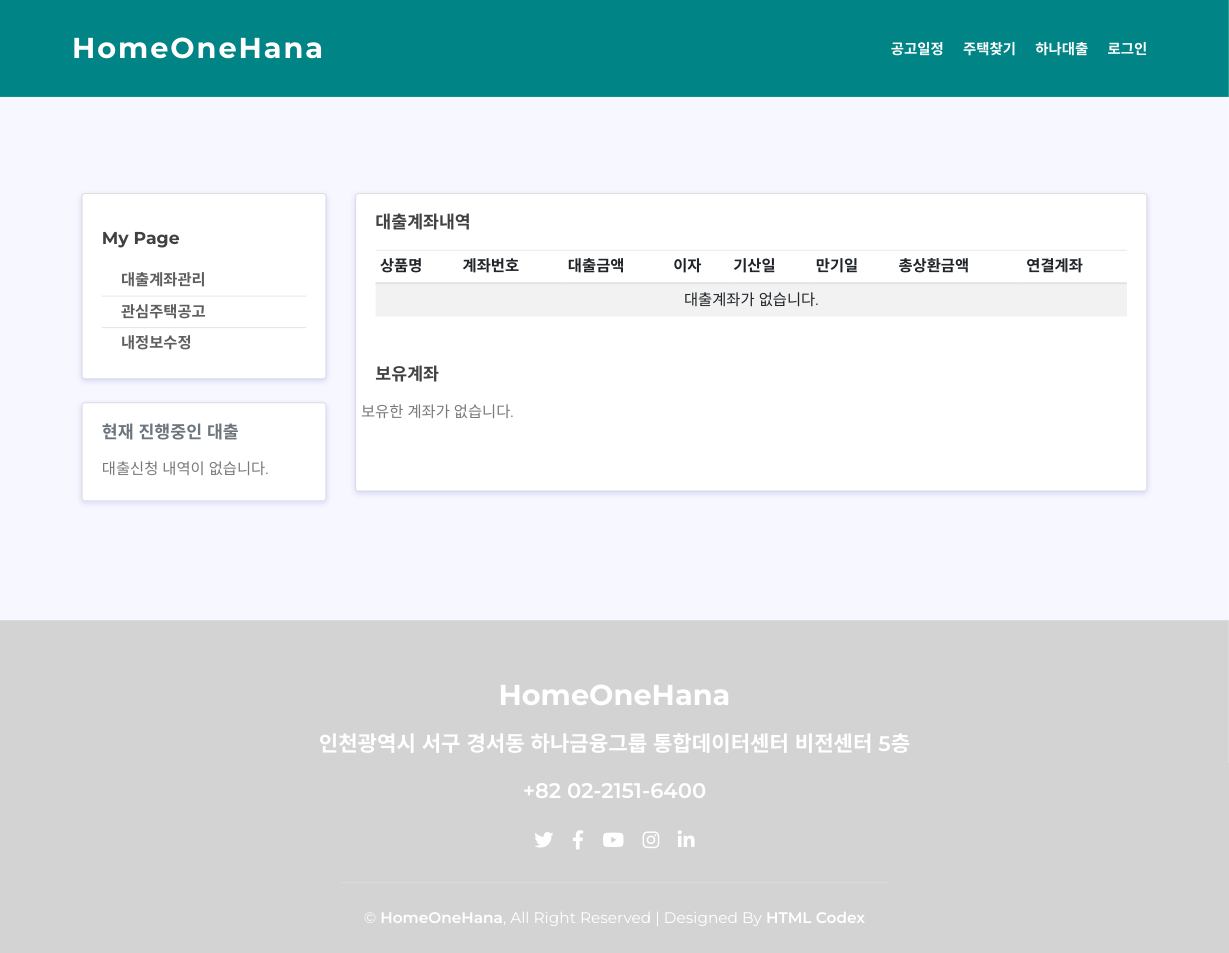
Repository: koposoftware/2021_10_syyoon
Page: http://localhost/HomeOneHana/WEB-INF/jsp/mypage/mypage.jsp
These files come from the project's save history. The page is drawn as it stood at one moment and after the next save; the edit follows.
The browser window is 1280 px wide. The pictures show the whole page, at 96% of full size.
Some icons come from a web library that is not loaded, so they are not drawn. Some web libraries are served in a nearby version. The page is served by Tomcat 9. Nobody is signed in. The template is opened directly, without the code that normally fills it, so the values that code supplies are empty.

Above is the page before, as saved 2021-09-25 12:54:46.

After the next save:
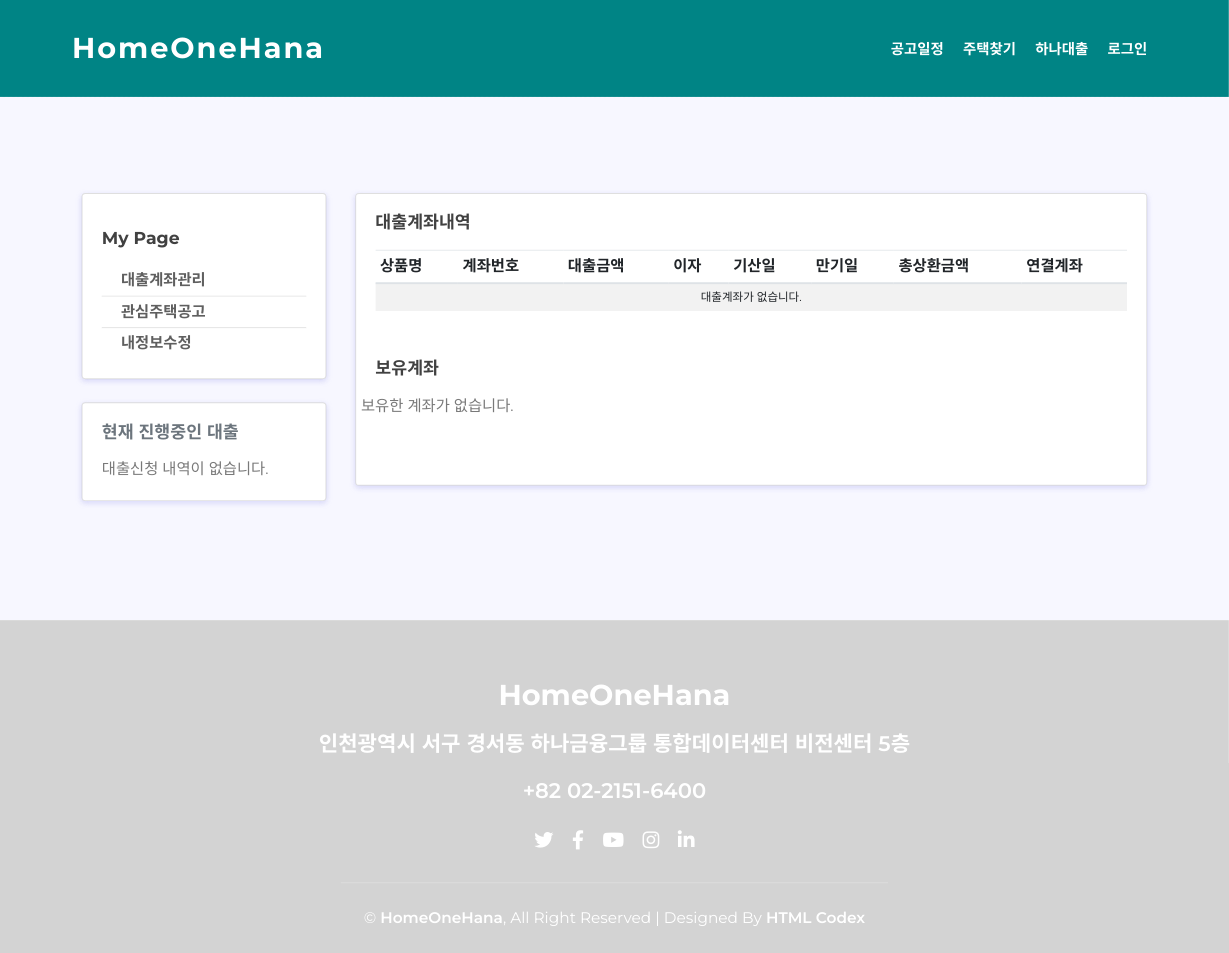
Saved 119 min 21 s later.
--- a/project/Spring-mvc/HomeOneHana/src/main/webapp/resources/css/mypage/mypage.css
+++ b/project/Spring-mvc/HomeOneHana/src/main/webapp/resources/css/mypage/mypage.css
@@ -141,3 +141,7 @@ background-color: #f7f7ff;
 	font-size:10px;
 	margin-bottom:0px;
 }
+
+td{
+	font-size:12px;
+}
